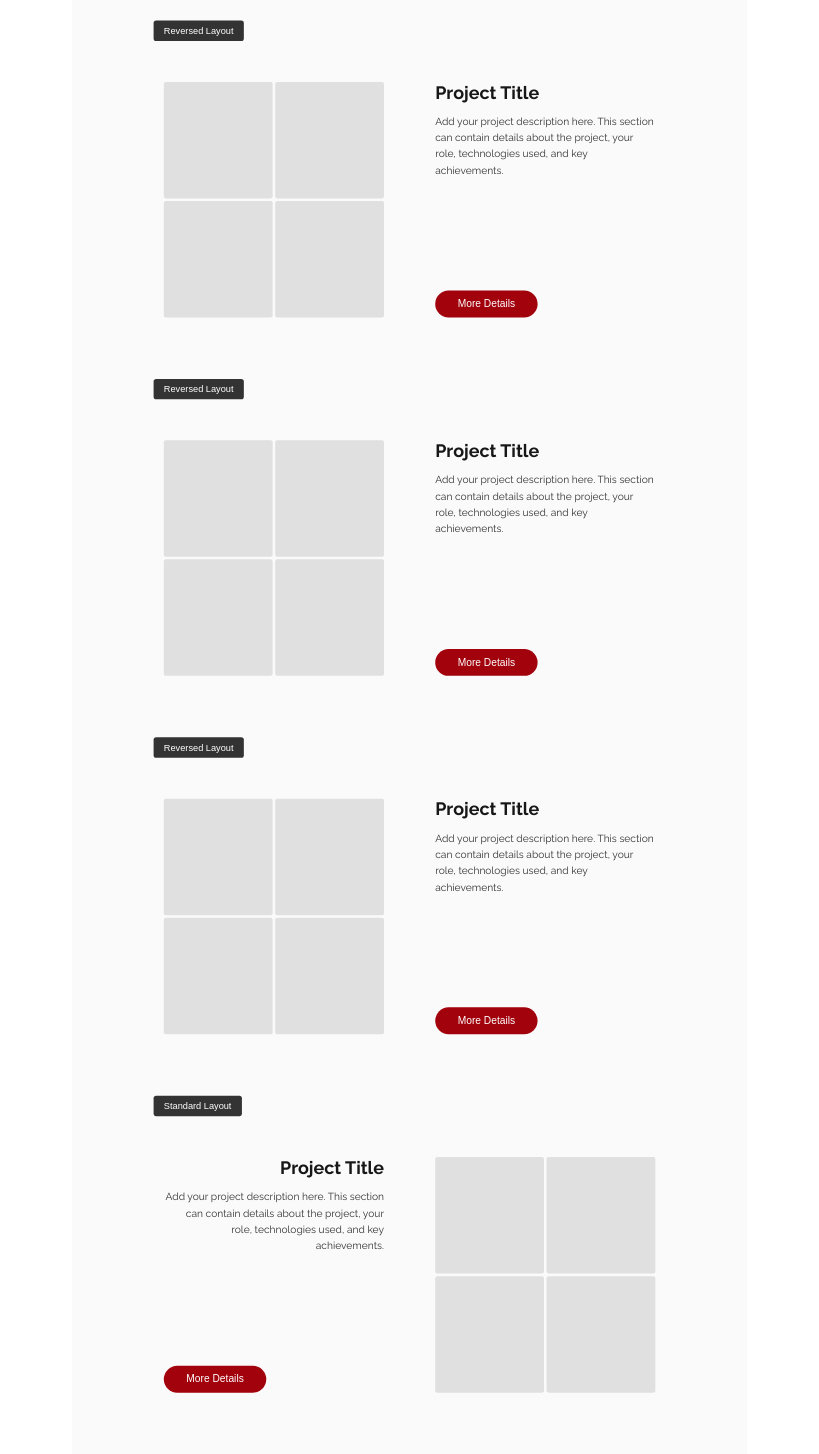
Repository: Micaelavalmores/Micaela-Portfolio
Page: /home-page
The author's editor kept a copy of each file at every save. The page is drawn from the files as they stood at one save, then again after the next save.
The browser window is 1280 px wide. The pictures show the whole page, at 64% of full size.
The project was rebuilt for these pictures with package versions that can differ from the ones it lists, and the page was loaded fresh each time. The framework's server and built-in components were replaced by stand-ins that run in the browser. Also part of the build but not shown: next.config.mjs.

Above is the page before, as saved 2026-01-26 23:38:52.

After the next save:
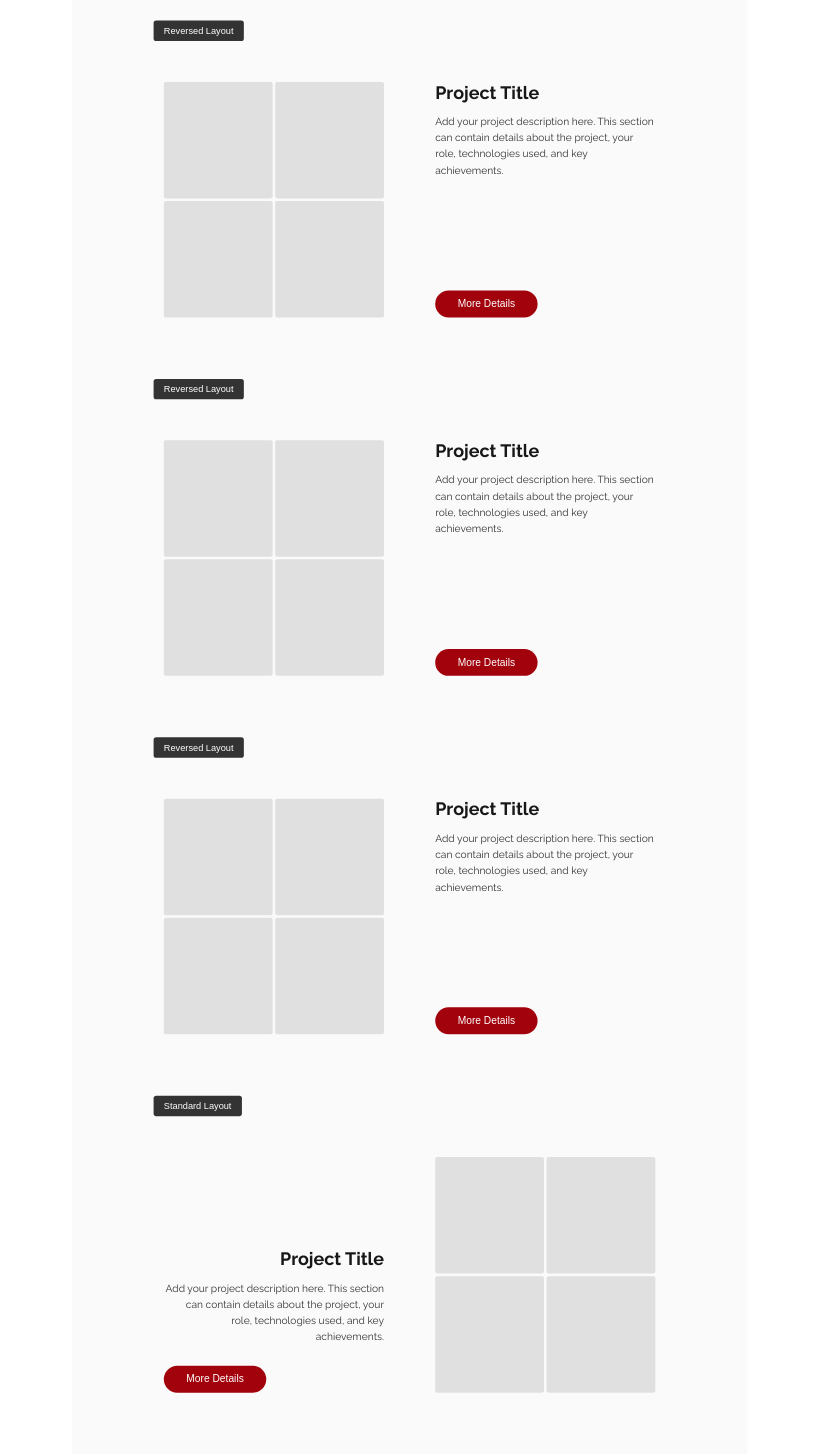
Saved 6 s later.
--- a/app/components/FtProj.module.css
+++ b/app/components/FtProj.module.css
@@ -17,7 +17,7 @@
 }
 
 .reversed .textColumn {
-  align-items: start;
+  align-items: end;
 }
 
 .reversed .textColumn button {

After the save that followed:
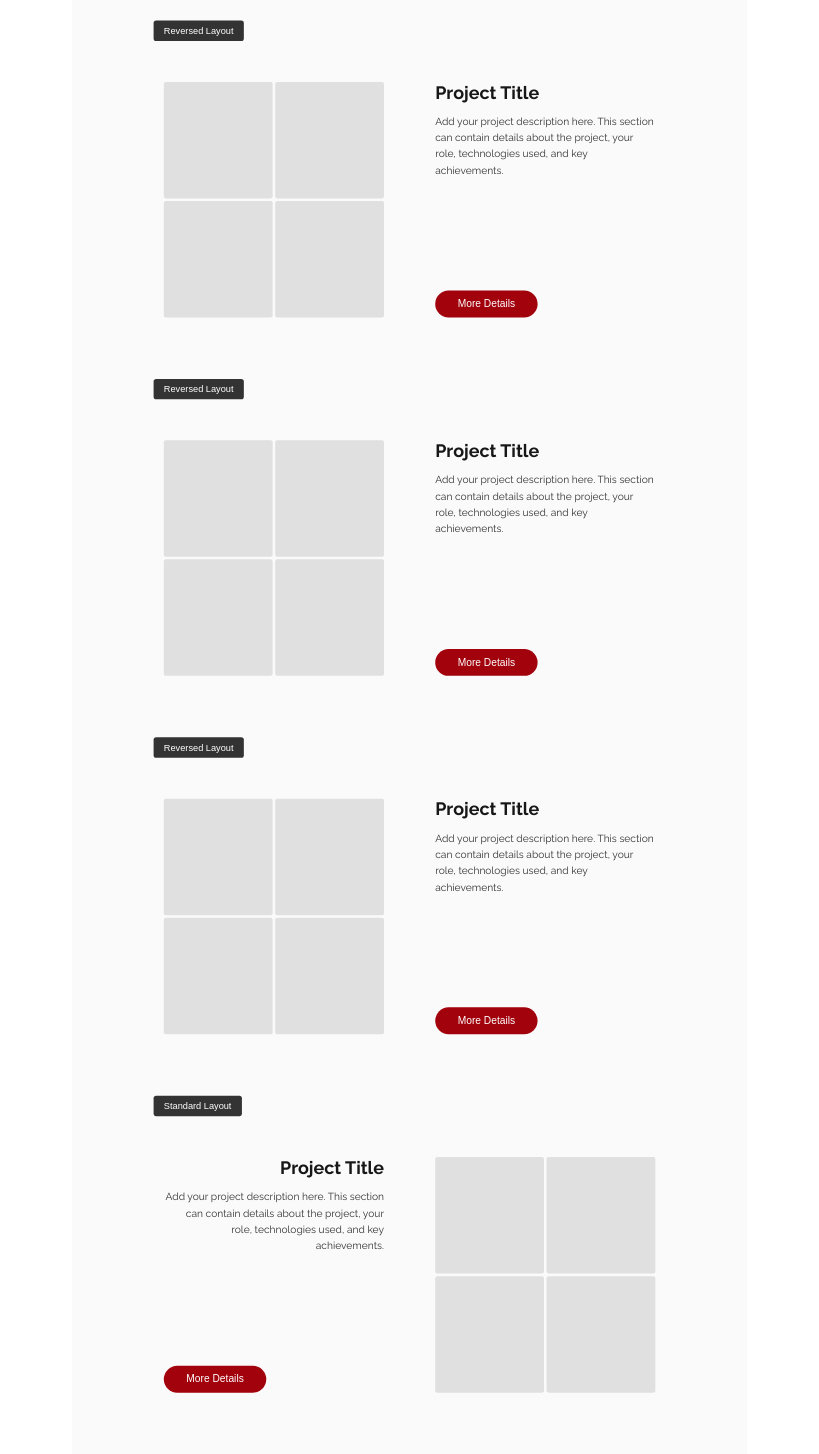
Saved 7 s later.
--- a/app/components/FtProj.module.css
+++ b/app/components/FtProj.module.css
@@ -17,7 +17,7 @@
 }
 
 .reversed .textColumn {
-  align-items: end;
+  justify-content: end;
 }
 
 .reversed .textColumn button {
